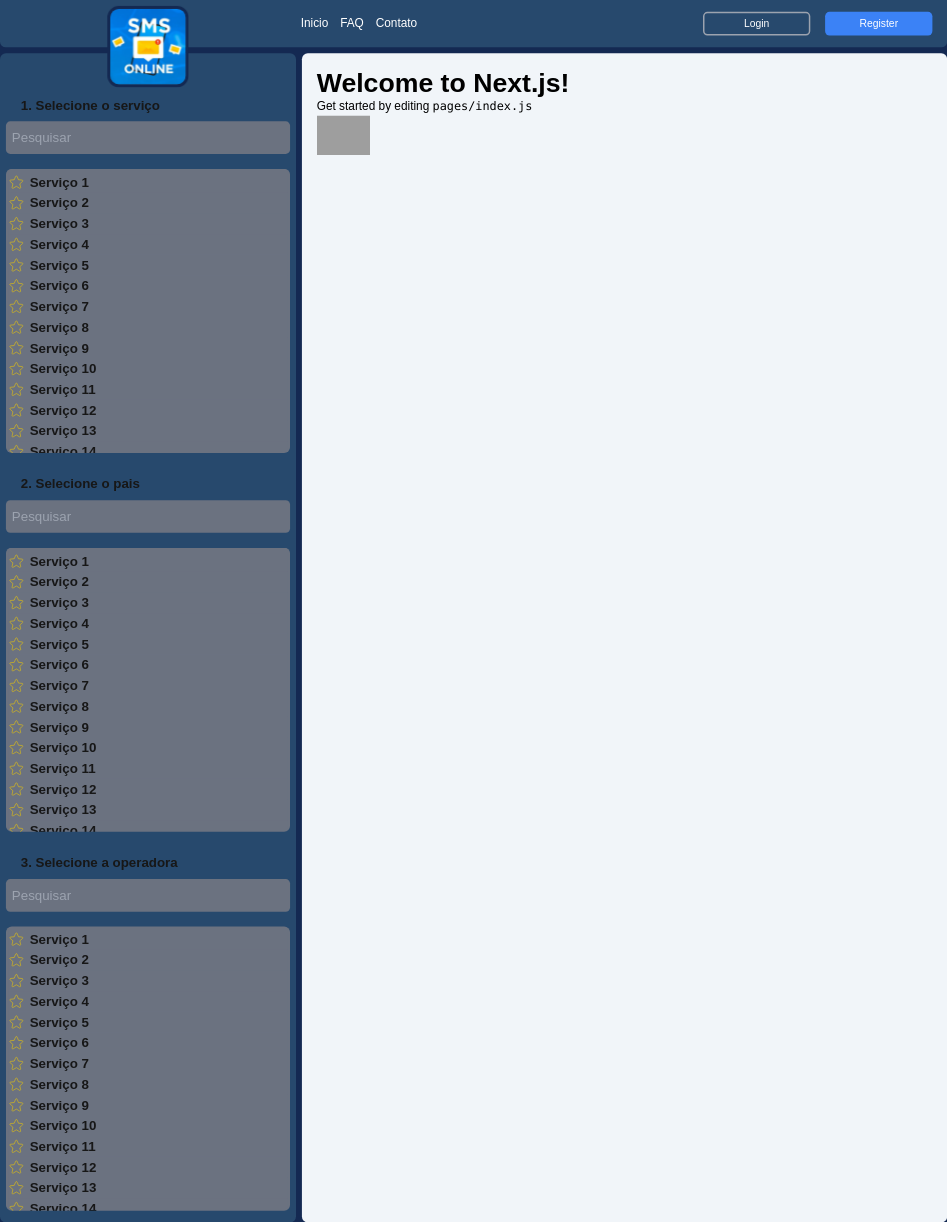
Repository: Felipe-Henrique-Dev/-DIOGO-SMS
Page: /
These files come from the project's save history. The page is drawn as it stood at one moment and after the next save; the edit follows.
The browser window is 1280 px wide. The pictures show the whole page, at 74% of full size.
Pictures or frames that could not be fetched are drawn as grey boxes. The project was rebuilt for these pictures with package versions that can differ from the ones it lists, and the page was loaded fresh each time. The framework's server and built-in components were replaced by stand-ins that run in the browser. Also part of the build but not shown: next.config.ts.

Above is the page before, as saved 2024-12-16 22:27:45.

After the next save:
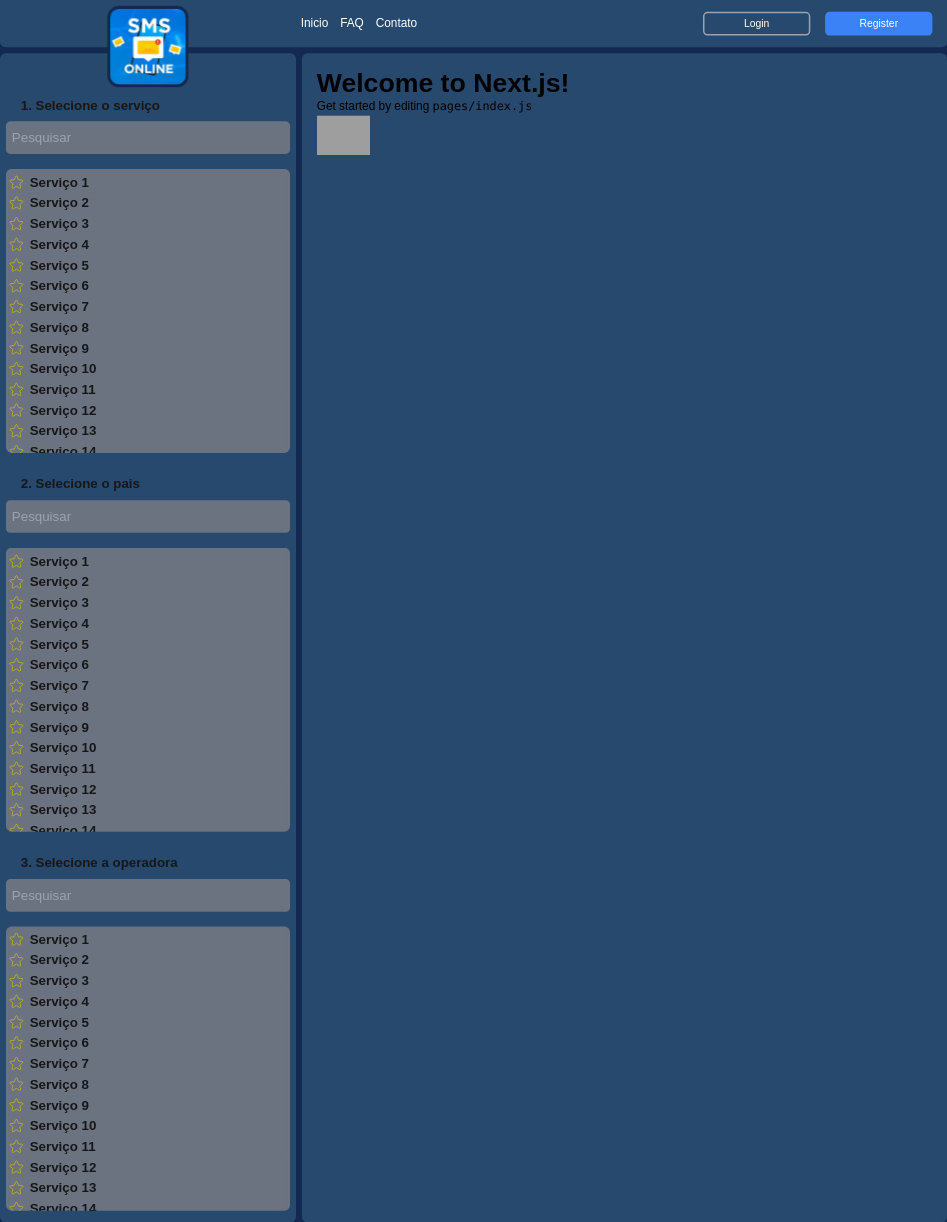
Saved 18 s later.
--- a/src/components/main/Section.tsx
+++ b/src/components/main/Section.tsx
@@ -10,7 +10,7 @@ export default function Section({
 }>) {
   return (
     <section className={cn(
-      "p-5 flex flex-col min-h-[90svh] bg-slate-100 w-full text-black items-start justify-start rounded-lg ",
+      "p-5 flex flex-col min-h-[90svh] bg-background_secondary w-full text-black items-start justify-start rounded-lg ",
       className
     )}>
       {children}
